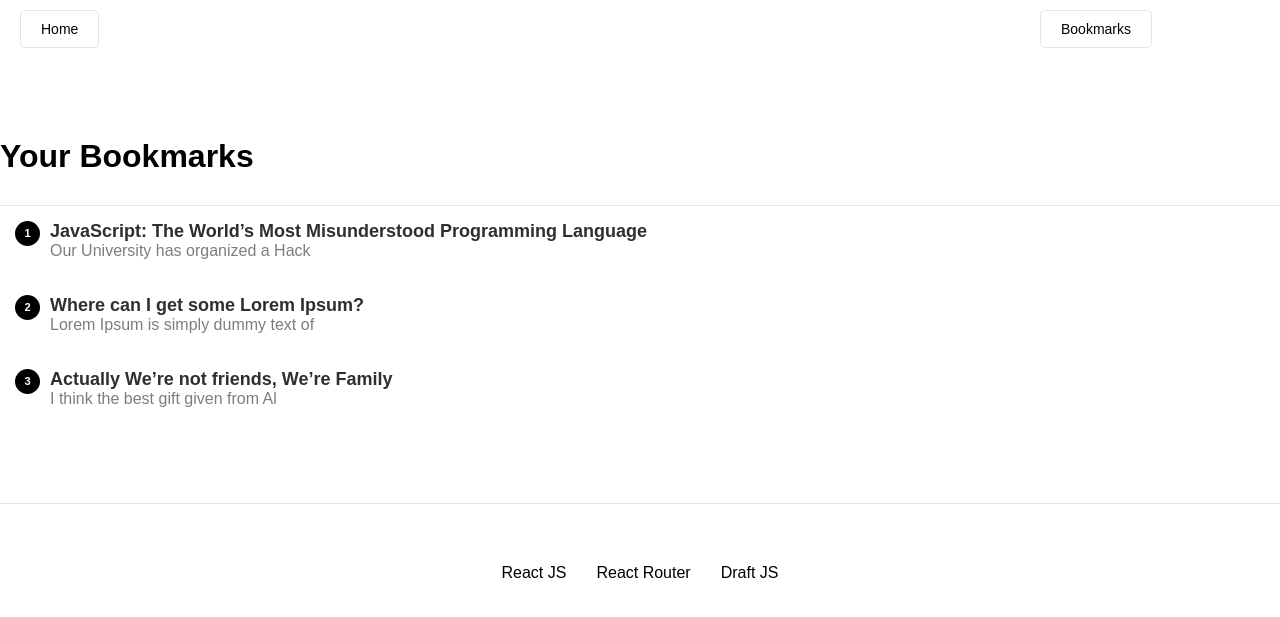
Repository: DevLaukey/task
Page: /react-mini-blog/bookmark
The author's editor kept a copy of each file at every save. The page is drawn from the files as they stood at one save, then again after the next save.
The browser window is 1280 px wide. The pictures show the whole page.
The project was rebuilt for these pictures with package versions that can differ from the ones it lists, and the page was loaded fresh each time. Also part of the build but not shown: src/data.js, src/Components/content/Post.js, src/Components/content/Posts.js, src/Components/content/Content.js, src/Components/RichText/StyleButton.js, src/Components/RichText/BlockStyleControls.js, src/Components/RichText/InlineStyleControls.js, src/Components/posts/posts.css and 3 more.

Above is the page before, as saved 2022-06-13 13:37:27.

After the next save:
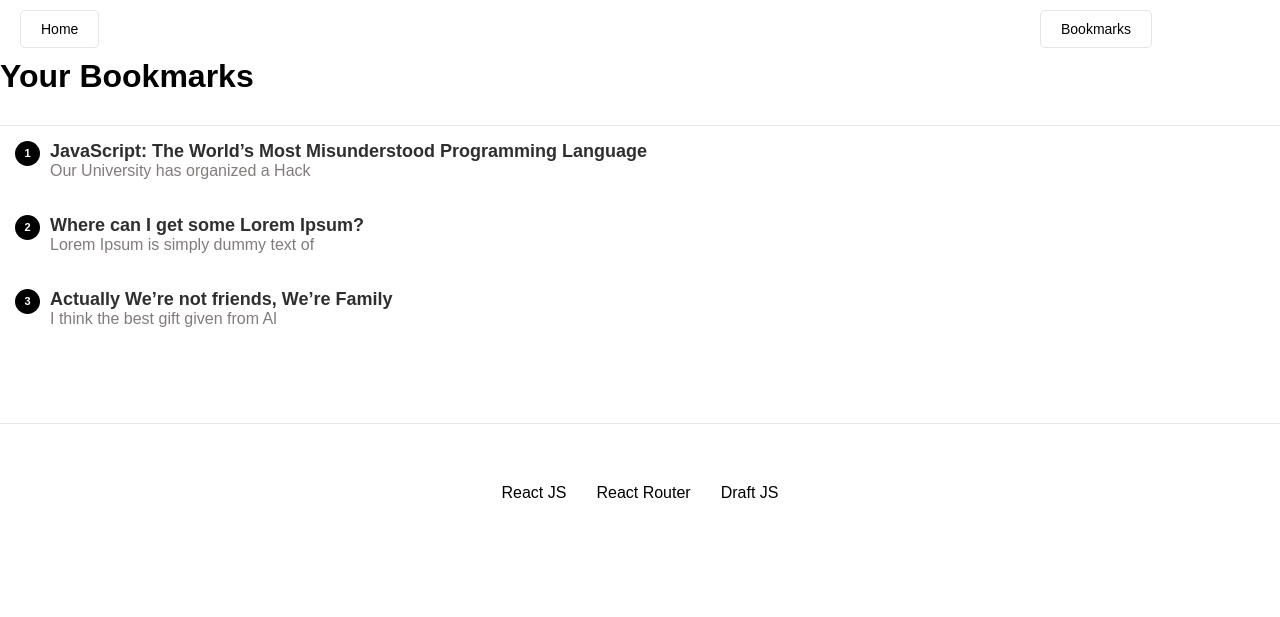
Saved 28 s later.
--- a/src/Components/content/content.css
+++ b/src/Components/content/content.css
@@ -118,7 +118,7 @@
   line-height: 25px;
 }
 .bookmark-page {
-  margin-top: 100px;
+  margin-top: 10px;
 }
 
 .bookmark-page h1 {
